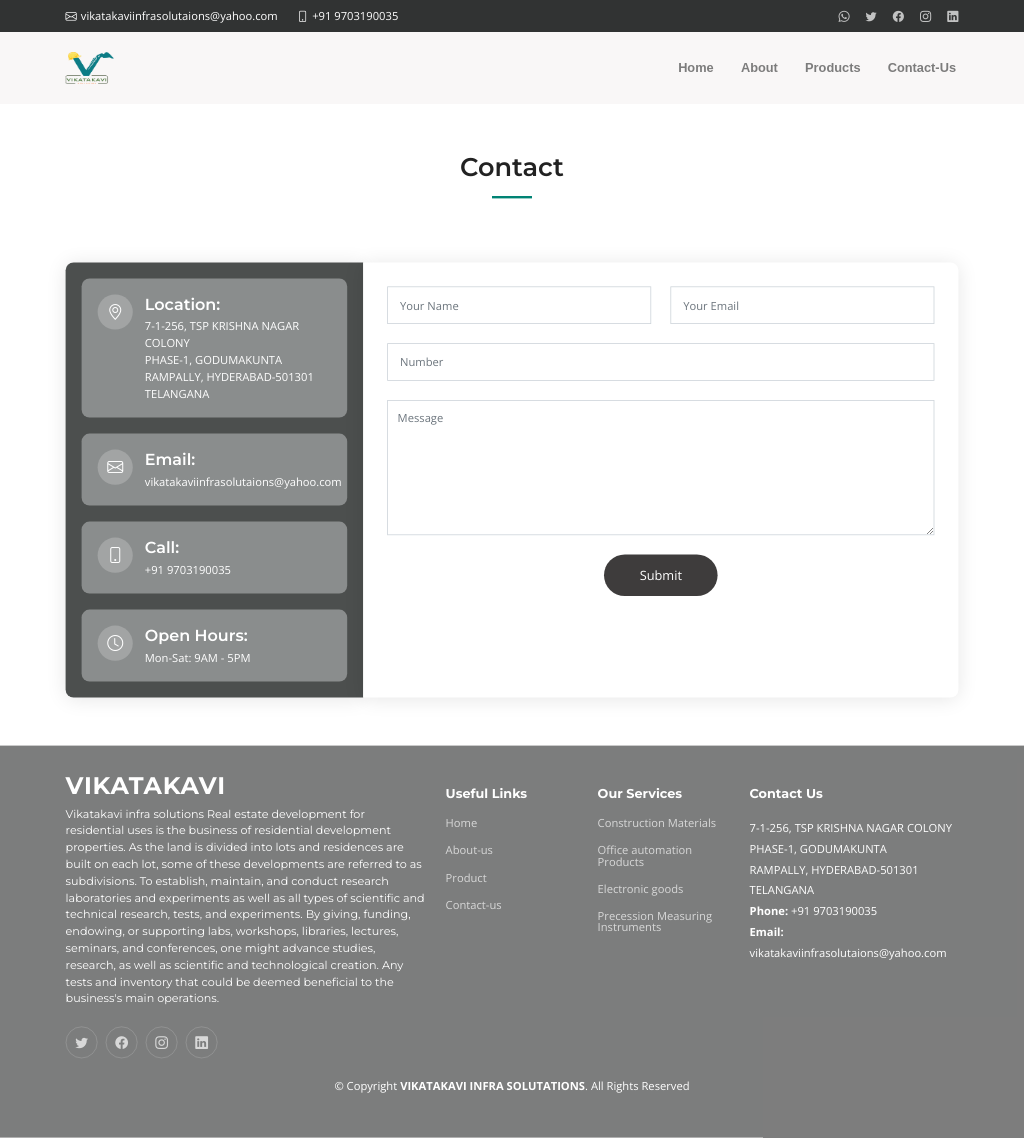
Repository: subhasissahoo181/vikatakavi
Page: Vikatikavi/src/main/webapp/contact.html
An editor plug-in stored every save of this project. The page is shown before and after the next save, followed by the edit.
The browser window is 1280 px wide. The pictures show the whole page, at 80% of full size.
Some web fonts or font styles are not loaded; a fallback is used.

Above is the page before, as saved 2023-03-26 14:15:01.

### Vikatikavi/src/main/webapp/contact.html
<!DOCTYPE html>
<html lang="en">

<head>
  <meta charset="utf-8">
  <meta content="width=device-width, initial-scale=1.0" name="viewport">

  <title>VIKATAKAVI INFRA SOLUTATIONS .IPL</title>

  <meta content="" name="description">
  <meta content="" name="keywords">

  <!-- Favicons -->
  <link href="assets/img/logo.jpg" rel="icon">
  <link href="assets/img/logo.jpg" rel="apple-touch-icon">

  <!-- Google Fonts -->
  <link rel="preconnect" href="https://fonts.googleapis.com">
  <link rel="preconnect" href="https://fonts.gstatic.com" crossorigin>
  <link href="https://fonts.googleapis.com/css2?family=Open+Sans:ital,wght@0,300;0,400;0,500;0,600;0,700;1,300;1,400;1,600;1,700&family=Montserrat:ital,wght@0,300;0,400;0,500;0,600;0,700;1,300;1,400;1,500;1,600;1,700&family=Raleway:ital,wght@0,300;0,400;0,500;0,600;0,700;1,300;1,400;1,500;1,600;1,700&display=swap" rel="stylesheet">

  <!-- Vendor CSS Files -->
  <link href="assets/vendor/bootstrap/css/bootstrap.min.css" rel="stylesheet">
  <link href="assets/vendor/bootstrap-icons/bootstrap-icons.css" rel="stylesheet">
  <link href="assets/vendor/aos/aos.css" rel="stylesheet">
  <link href="assets/vendor/glightbox/css/glightbox.min.css" rel="stylesheet">
  <link href="assets/vendor/swiper/swiper-bundle.min.css" rel="stylesheet">

  <!-- Template Main CSS File -->
  <link href="assets/css/main.css" rel="stylesheet">

</head>

<body>

  <!-- ======= Header ======= -->
  <section id="topbar" class="topbar d-flex align-items-center">
    <div class="container d-flex justify-content-center justify-content-md-between">
      <div class="contact-info d-flex align-items-center">
        <i class="bi bi-envelope d-flex align-items-center">

          <a href="mailto:contact@example.com">vikatakaviinfrasolutaions@yahoo.com</a></i>
        <i class="bi bi-phone d-flex align-items-center ms-4"><span>+91 9703190035</span></i>
      </div>
      <div class="social-links d-none d-md-flex align-items-center">
        <a href="https://wa.me/9703190035" class="whatsapp"><i class="bi bi-whatsapp"></i></a>
        <a href="#" class="twitter"><i class="bi bi-twitter"></i></a>
        <a href="#" class="facebook"><i class="bi bi-facebook"></i></a>
        <a href="#" class="instagram"><i class="bi bi-instagram"></i></a>
        <a href="#" class="linkedin"><i class="bi bi-linkedin"></i></i></a>
      </div>
    </div>
  </section><!-- End Top Bar -->

  <header id="header" class="header d-flex align-items-center">

    <div class="container-fluid container-xl d-flex align-items-center justify-content-between">
      <a href="index.html" class="logo d-flex align-items-center">
        <!-- Uncomment the line below if you also wish to use an image logo -->
        <!-- <img src="assets/img/logo.png" alt=""> -->
        <img src="assets/img/vikatkavi png.png" style="width:60px">
        <!-- <h1>vikatakavi<span>.</span></h1> -->
      </a>
      <nav id="navbar" class="navbar" >
        <ul>
          <li><a href="index.html" id="navcol">Home</a></li>
          <li><a href="about.html" id="navcol">About</a></li>
          <li><a href="Product.html" id="navcol">Products</a></li>
          <li><a href="contact.html" id="navcol">Contact-Us</a></li>
        </ul>
      </nav><!-- .navbar -->

      <i class="mobile-nav-toggle mobile-nav-show bi bi-list"></i>
      <i class="mobile-nav-toggle mobile-nav-hide d-none bi bi-x"></i>

    </div>
  </header><!-- End Header -->
  <!-- End Header -->

    <!-- ======= Contact Section ======= -->
    <section id="contact" class="contact">
        <div class="container" data-aos="fade-up">

          <div class="section-header">
            <h2>Contact</h2>
            <!-- <p>Nulla dolorum nulla nesciunt rerum facere sed ut inventore quam porro nihil id ratione ea sunt quis dolorem dolore earum</p> -->
          </div>

          <div class="row gx-lg-0 gy-4">

            <div class="col-lg-4">

              <div class="info-container d-flex flex-column align-items-center justify-content-center">
                <div class="info-item d-flex">
                  <i class="bi bi-geo-alt flex-shrink-0"></i>
                  <div>
                    <h4>Location:</h4>
                    <p>7-1-256, TSP KRISHNA NAGAR COLONY <br>
                        PHASE-1, GODUMAKUNTA<br>
                        RAMPALLY, HYDERABAD-501301<br>
                        TELANGANA<br></p>
                  </div>
                </div><!-- End Info Item -->

                <div class="info-item d-flex">
                  <i class="bi bi-envelope flex-shrink-0"></i>
                  <div>
                    <h4>Email:</h4>
                    <p>vikatakaviinfrasolutaions@yahoo.com</p>
                  </div>
                </div><!-- End Info Item -->

                <div class="info-item d-flex">
                  <i class="bi bi-phone flex-shrink-0"></i>
                  <div>
                    <h4>Call:</h4>
                    <p>+91 9703190035</p>
                  </div>
                </div><!-- End Info Item -->

                <div class="info-item d-flex">
                  <i class="bi bi-clock flex-shrink-0"></i>
                  <div>
                    <h4>Open Hours:</h4>
                    <p>Mon-Sat: 9AM - 5PM</p>
                  </div>
                </div><!-- End Info Item -->
              </div>

            </div>

            <div class="col-lg-8">
              <form action="contactus" method="post" role="form" class="php-email-form">
                <div class="row">
                  <div class="col-md-6 form-group">
                    <input type="text" name="name" class="form-control" id="name" placeholder="Your Name" required>
                  </div>
                  <div class="col-md-6 form-group mt-3 mt-md-0">
                    <input type="email" class="form-control" name="email" id="email" placeholder="Your Email" required>
                  </div>
                </div>
                <div class="form-group mt-3">
                  <input type="text" class="form-control" name="number" id="number" placeholder="Number" required>
                </div>
                <div class="form-group mt-3">
                  <textarea class="form-control" name="message" rows="7" placeholder="Message" required></textarea>
                </div>
                <div class="my-3">
                  <div class="loading">Loading</div>
                  <div class="error-message"></div>
                  <div class="sent-message">Your message has been sent. Thank you!</div>
                </div>
                <div class="text-center"><button type="submit" value="ADD">Submit</button></div>
              </form>
            </div><!-- End Contact Form -->

          </div>

        </div>
      </section><!-- End Contact Section -->


      <!-- ======= Footer ======= -->
  <footer id="footer" class="footer">

    <div class="container">
      <div class="row gy-4">
        <div class="col-lg-5 col-md-12 footer-info">
          <a href="index.html" class="logo d-flex align-items-center">
            <span>VIKATAKAVI</span>
          </a>
          <p>Vikatakavi infra solutions Real estate development for residential uses is the business of residential development properties. As the land is divided into lots and residences are built on each lot, some of these developments are referred to as subdivisions. To establish, maintain, and conduct research laboratories and experiments as well as all types of scientific and technical research, tests, and experiments. By giving, funding, endowing, or supporting labs, workshops, libraries, lectures, seminars, and conferences, one might advance studies, research, as well as scientific and technological creation. Any tests and inventory that could be deemed beneficial to the business's main operations.</p>
          <div class="social-links d-flex mt-4">
            <a href="#" class="twitter"><i class="bi bi-twitter"></i></a>
            <a href="#" class="facebook"><i class="bi bi-facebook"></i></a>
            <a href="#" class="instagram"><i class="bi bi-instagram"></i></a>
            <a href="#" class="linkedin"><i class="bi bi-linkedin"></i></a>
          </div>
        </div>

        <div class="col-lg-2 col-6 footer-links">
          <h4>Useful Links</h4>
          <ul>
            <li><a href="index.html">Home</a></li>
            <li><a href="about.html">About-us</a></li>
            <li><a href="Product.html">Product</a></li>
            <li><a href="contact.html">Contact-us</a></li>
            <!-- <li><a href="#">Terms of service</a></li>
            <li><a href="#">Privacy policy</a></li> -->
          </ul>
        </div>

        <div class="col-lg-2 col-6 footer-links">
          <h4>Our Services</h4>
          <ul>
            <li><a href="#">Construction Materials</a></li>
            <li><a href="#">Office automation Products</a></li>
            <li><a href="#">Electronic goods</a></li>
            <li><a href="#">Precession Measuring Instruments</a></li>
            <!-- <li><a href="#">Graphic Design</a></li> -->
          </ul>
        </div>

        <div class="col-lg-3 col-md-12 footer-contact text-center text-md-start">
          <h4>Contact Us</h4>
          <p>
            7-1-256, TSP KRISHNA NAGAR COLONY <br>
            PHASE-1, GODUMAKUNTA<br>
            RAMPALLY, HYDERABAD-501301<br>
            TELANGANA<br>
            <strong>Phone:</strong> +91 9703190035<br>
            <strong>Email:</strong> vikatakaviinfrasolutaions@yahoo.com<br>
          </p>

        </div>

      </div>
    </div>

    <div class="container mt-4">
      <div class="copyright">
        &copy; Copyright <strong><span>VIKATAKAVI INFRA SOLUTATIONS</span></strong>. All Rights Reserved
      </div>
      <div class="credits">

      </div>
    </div>

  </footer><!-- End Footer -->

  <a href=" https://wa.me/9703190035" class="scroll-top d-flex align-items-center justify-content-center " style="background-color:green"><i class="bi bi-whatsapp"></i></a>
  <a href="#" class="scroll-top d-flex align-items-center justify-content-center"><i class="bi bi-arrow-up-short"></i></a>
<!-- <div style="width: 100px; height: 60px; position: fixed; right: 10px; bottom: 2px; font-size: 35px;"><a href=" https://wa.me/919437634632"><i style="color: #1ad03f;" class="fa-brands fa-square-whatsapp"></i></a></div> -->
  <div id="preloader"></div>

  <!-- Vendor JS Files -->
  <script src="assets/vendor/bootstrap/js/bootstrap.bundle.min.js"></script>
  <script src="assets/vendor/aos/aos.js"></script>
  <script src="assets/vendor/glightbox/js/glightbox.min.js"></script>
  <script src="assets/vendor/purecounter/purecounter_vanilla.js"></script>
  <script src="assets/vendor/swiper/swiper-bundle.min.js"></script>
  <script src="assets/vendor/isotope-layout/isotope.pkgd.min.js"></script>
  <script src="assets/vendor/php-email-form/validate.js"></script>

  <!-- Template Main JS File -->
  <script src="assets/js/main.js"></script>

</body>

</html>

Loaded but not shown: Vikatikavi/src/main/webapp/assets/vendor/bootstrap/css/bootstrap.min.css (library); Vikatikavi/src/main/webapp/assets/vendor/bootstrap-icons/bootstrap-icons.css (library); Vikatikavi/src/main/webapp/assets/vendor/aos/aos.css (library); Vikatikavi/src/main/webapp/assets/vendor/glightbox/css/glightbox.min.css (library); Vikatikavi/src/main/webapp/assets/vendor/swiper/swiper-bundle.min.css (library); Vikatikavi/src/main/webapp/assets/vendor/bootstrap/js/bootstrap.bundle.min.js (library); Vikatikavi/src/main/webapp/assets/vendor/aos/aos.js (library); Vikatikavi/src/main/webapp/assets/vendor/glightbox/js/glightbox.min.js (library); Vikatikavi/src/main/webapp/assets/vendor/purecounter/purecounter_vanilla.js (library); Vikatikavi/src/main/webapp/assets/vendor/swiper/swiper-bundle.min.js (library); Vikatikavi/src/main/webapp/assets/vendor/isotope-layout/isotope.pkgd.min.js (library); Vikatikavi/src/main/webapp/assets/vendor/php-email-form/validate.js (common file); Vikatikavi/src/main/webapp/assets/js/main.js (293 lines, source omitted); Vikatikavi/src/main/webapp/assets/css/main.css (2707 lines, source omitted)

After the next save:
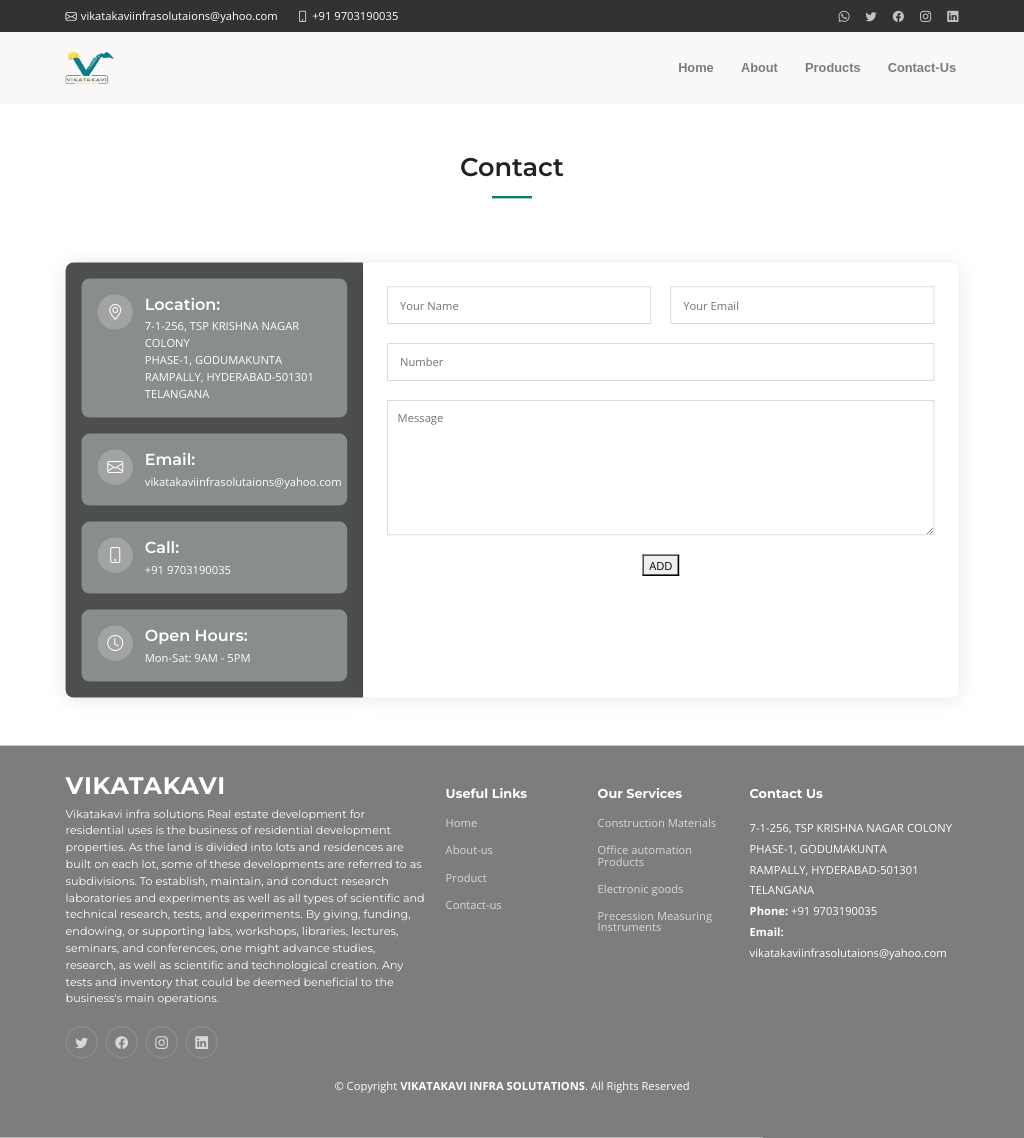
Saved 2 min 45 s later.
--- a/Vikatikavi/src/main/webapp/contact.html
+++ b/Vikatikavi/src/main/webapp/contact.html
@@ -150,7 +150,10 @@
                   <div class="error-message"></div>
                   <div class="sent-message">Your message has been sent. Thank you!</div>
                 </div>
-                <div class="text-center"><button type="submit" value="ADD">Submit</button></div>
+                <div class="text-center">
+                <input type="submit" value="ADD">
+                <!-- <button type="submit" value="ADD">Submit</button> -->
+                </div>
               </form>
             </div><!-- End Contact Form -->
 
